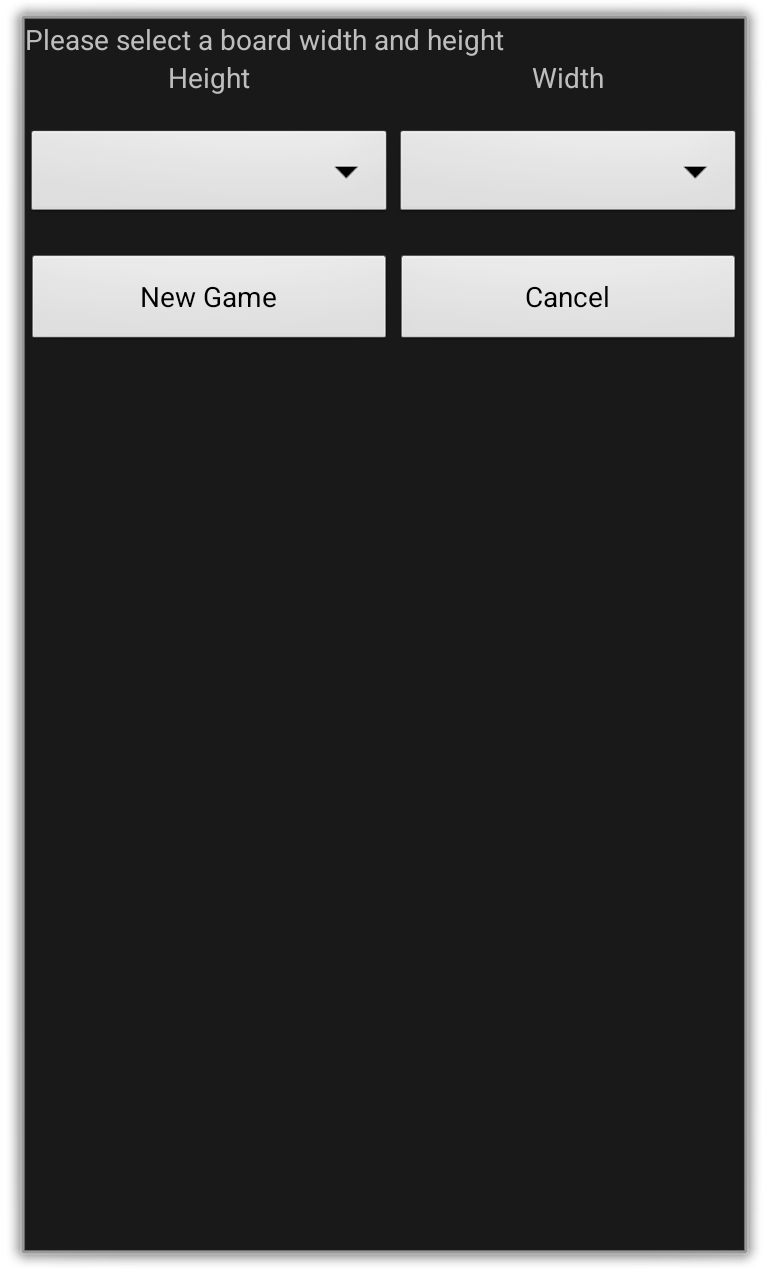
Repository: rickydalziel/project
Layout: Numbersorter/res/layout/new_game_dialog.xml
The author's editor kept a copy of each file at every save. The layout is drawn from the files as they stood at one save, then again after the next save.
It is drawn on a 768 x 1280 px phone screen (xhdpi) without system bars, with theme android:Theme.Dialog; the app's code is not run.

Above is the layout before, as saved 2013-02-14 11:44:21.

### Numbersorter/res/layout/new_game_dialog.xml
<?xml version="1.0" encoding="utf-8"?>

<LinearLayout
     xmlns:android="http://schemas.android.com/apk/res/android"
	 android:orientation="vertical"
	 android:layout_width="fill_parent"
	 android:layout_height="fill_parent">

	 <TextView
	    android:id="@+id/newgametext"
	    android:layout_width="fill_parent"
	  	android:layout_height="wrap_content"
	  	android:text="@string/newgametext" />


	  <TableLayout
	        android:layout_height="wrap_content"
	        android:layout_width="wrap_content"
	        android:layout_gravity="center"
	        android:stretchColumns="*">



	      <TableRow>

		        <TextView

				    android:id="@+id/heighttext"
				    android:layout_width="fill_parent"
				  	android:layout_height="wrap_content"
				  	android:text="@string/height"
				  	android:layout_gravity="center" />

		        <TextView
				    android:id="@+id/widthtext"
				    android:layout_width="fill_parent"
				  	android:layout_height="wrap_content"
				  	android:text="@string/width"
				  	android:layout_gravity="center" />



		    </TableRow>

	        <TableRow
	            android:paddingTop="15dp"
	            android:paddingBottom="15dp">



				<Spinner

				    android:id="@+id/heightspinner"
				    android:layout_width="fill_parent"
				  	android:layout_height="wrap_content"
				  	android:drawSelectorOnTop="true" />

				<Spinner

				    android:id="@+id/widthspinner"
				    android:layout_width="fill_parent"
				  	android:layout_height="wrap_content"
				  	android:drawSelectorOnTop="true" />


	        </TableRow>




		    <TableRow>

		        <Button
		            android:id="@+id/start_new_game_button"
		            android:layout_width="fill_parent"
		            android:layout_height="fill_parent"
		            android:text="@string/new_game" />

		         <Button
		            android:id="@+id/cancel_button"
		            android:layout_width="fill_parent"
		            android:layout_height="fill_parent"
		            android:text="@string/cancel"  />



		    </TableRow>


		</TableLayout>

</LinearLayout>

### Numbersorter/res/values/strings.xml
<?xml version="1.0" encoding="utf-8"?>
<resources>

    <!-- Main menu strings -->

    <string name="app_name">Numbersorter</string>
    <string name="main_menu">Main Menu</string>
    <string name="menu_settings">Settings</string>
    <string name="title_activity_main">Number Sorter</string>
    <string name="new_game">New Game</string>
    <string name="continue_game">Continue</string>
    <string name="about">About</string>
    <string name="exit_game">Exit</string>

    <!-- About scree strings -->

    <string name="about_app">About Numbersorter</string>
    <string name="about_text">	    Numbersorter is a program written and desgned by Ricky Dalziel, for his 4th year honours project.
	    The aim of the game is to swipe a mxn grid of numbers into position so that they read from 1 - (m*n).
	</string>
    <string name="hello_world">Hello world!</string>
    <string name="title_activity_about">AboutActivity</string>

    <!-- New game dialog strings -->


    <string name = "newgametext">Please select a board width and height</string>
    <string name = "height">Height</string>
    <string name = "width">Width</string>
    <string name="cancel">Cancel</string>

    <!-- Array options for the dialog box -->

    <string-array name="size_array">
        <item>3</item>
        <item>4</item>
        <item>5</item>
        <item>6</item>
    </string-array>

</resources>

After the next save:
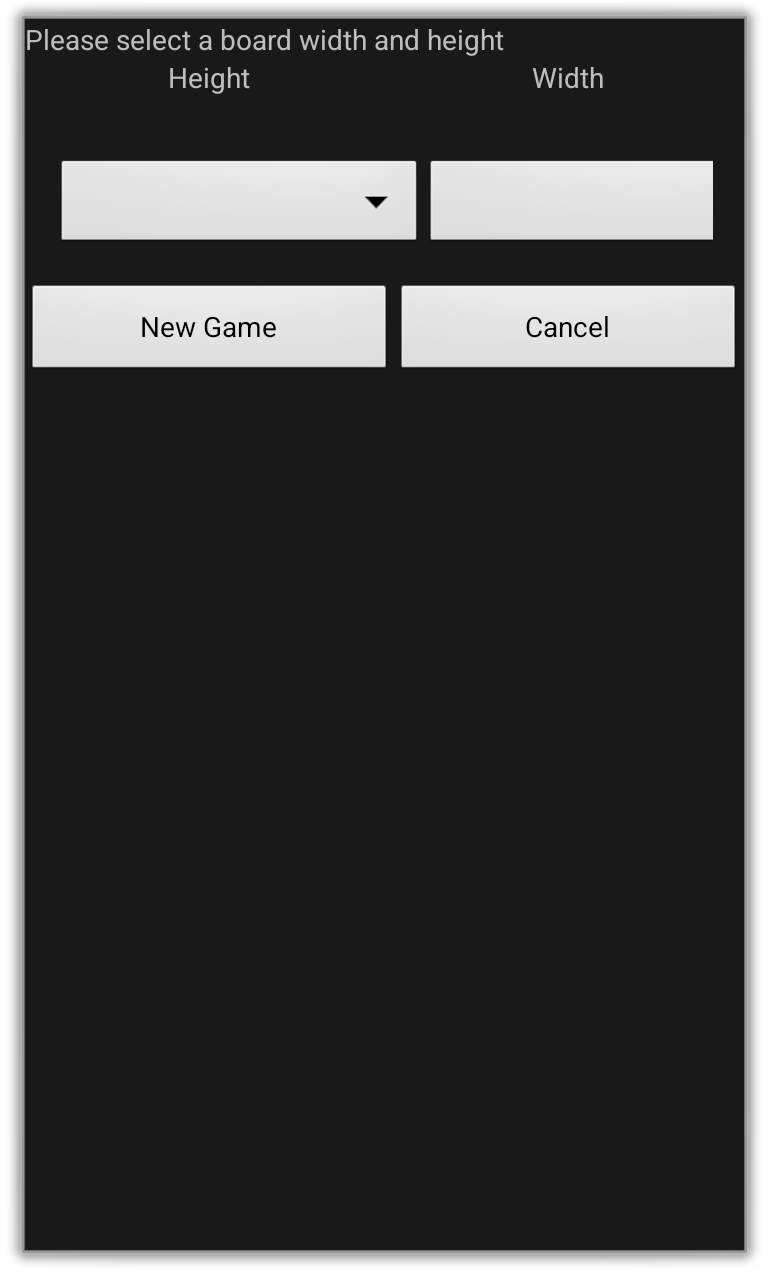
Saved 111 s later.
--- a/Numbersorter/res/layout/new_game_dialog.xml
+++ b/Numbersorter/res/layout/new_game_dialog.xml
@@ -21,7 +21,8 @@
 
 
 
-	      <TableRow>
+	      <TableRow
+	          android:paddingBottom="15dp">
 
 		        <TextView
 
@@ -43,8 +44,7 @@
 		    </TableRow>
 
 	        <TableRow
-	            android:paddingTop="15dp"
-	            android:paddingBottom="15dp">
+	            android:padding="15dp" >
 
 
 
